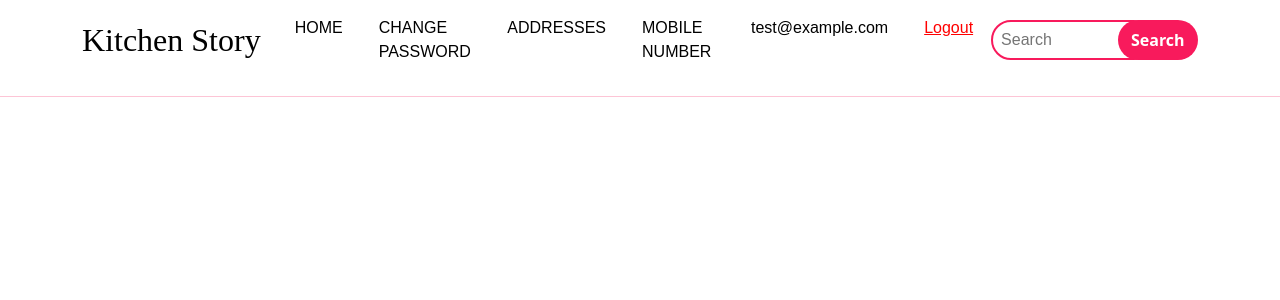
Repository: manishmachha/project-kitchenStory
Page: http://localhost/Phase_4_Kitchen_Story/accountHeader.jsp
An editor plug-in stored every save of this project. The page is shown before and after the next save, followed by the edit.
The browser window is 1280 px wide. The pictures show the whole page.
Some web fonts or font styles are not loaded; a fallback is used. Some web libraries are served in a nearby version. The page is served by Tomcat 10. The session is filled in as if someone had signed in: {"email": "test@example.com"}. Other server files are loaded and not shown.

Above is the page before, as saved 2022-03-11 06:05:41.

### Phase 4 Kitchen Story/src/main/webapp/accountHeader.jsp
<%@ page language="java" contentType="text/html; charset=ISO-8859-1"
    pageEncoding="ISO-8859-1"%>
<!DOCTYPE html>
<html>
<head>
<!-- Required meta tags -->
    <meta charset="utf-8">
    <meta name="viewport" content="width=device-width, initial-scale=1">

    <!-- Font Family -->
    <link rel="preconnect" href="https://fonts.googleapis.com">
    <link rel="preconnect" href="https://fonts.gstatic.com" crossorigin>
    <link href="https://fonts.googleapis.com/css2?family=Lobster&display=swap" rel="stylesheet">

    <!-- Bootstrap CSS -->
    <link href="https://cdn.jsdelivr.net/npm/bootstrap@5.0.2/dist/css/bootstrap.min.css" rel="stylesheet" integrity="sha384-EVSTQN3/azprG1Anm3QDgpJLIm9Nao0Yz1ztcQTwFspd3yD65VohhpuuCOmLASjC" crossorigin="anonymous">
    <link rel="stylesheet" href="css/indexStyle.css">

    <!-- font awesome -->
    <script src="https://kit.fontawesome.com/c26cd2166c.js"></script>
    <title>Kitchen Story | Home</title>
</head>
<%String email=session.getAttribute("email").toString(); %>
<nav class="navbar navbar-expand-lg">
	<div class="container">
		<a class="navbar-brand" href="#">Kitchen Story</a>
		<button class="navbar-toggler" type="button" data-bs-toggle="collapse"
			data-bs-target="#navbarScroll" aria-controls="navbarScroll"
			aria-expanded="false" aria-label="Toggle navigation">
			<span class="navbar-toggler-icon"></span>
		</button>
		<div class="collapse navbar-collapse" id="navbarScroll">
			<ul class="navbar-nav m-auto my-2 my-lg-0">
				<li class="nav-item"><a class="nav-link active" href="home.jsp">Home</a>
				</li>
				<li class="nav-item"><a class="nav-link" href="#trending">Change password</a></li>
				<li class="nav-item"><a class="nav-link" href="#store">Addresses</a></li>
				<li class="nav-item"><a class="nav-link" href="home.jsp#aboutUs">Mobile number</a></li>
				<li class="nav-item"><a class="nav-link"  id="accName" href="Account.jsp"><%=email%></a>
				</li>
				<li class="nav-item"><a class="nav-link" href="logoutAction.jsp" style="color: red; text-transform:capitalize;"><u>Logout</u></a></li>
			</ul>
			<form class="d-flex">
				<input class="px-2 search" type="search" placeholder="Search"
					aria-label="Search">
				<button class="btn0" type="submit">Search</button>
			</form>
		</div>
	</div>
</nav>
<hr style="color: rgb(248, 26, 92)">

### Phase 4 Kitchen Story/src/main/webapp/css/indexStyle.css

* {
	padding: 0;
	margin: 0;
	box-sizing: border-box;
}

.navbar-brand {
	font-size: 2rem;
	color: black;
	font-family: 'Lobster', cursive;
}

.navbar-brand:hover {
	color: black;
}

.nav-link {
	margin-right: 10px;
	margin-left: 10px;
	color: black;
	font-family: 'Rubik', sans-serif;
	text-transform: uppercase;
}

.nav-link:hover {
	color: rgb(248, 26, 92);
}

.search {
	height: 40px;
	width: 80%;
	border-radius: 60px;
	outline: none;
	margin-right: -35px;
	font-family: 'Rubik', sans-serif;
	border: 2px solid rgb(248, 26, 92);
}

.btn0 {
	height: 40px;
	width: 40%;
	outline: none;
	border: none;
	background: rgb(248, 26, 92);
	color: white;
	border-radius: 60px;
	font-weight: 700;
}

.main {
	background: url(images/lunch.jpg) no-repeat;
	background-size: cover;
	height: 100vh;
	background-position: 50% 50%;
	width: 100%;
}

.main h1 {
	font-size: 4rem;
	font-weight: 700;
}

.btn1 {
	height: 45px;
	width: 35%;
	border: none;
	outline: none;
	background-color: rgb(248, 26, 92);
	color: white;
	font-weight: 700;
	border-radius: 60px;
}

.btn1:hover {
	background-color: rgb(255, 41, 41);
	transition: 0.5s;
}

.btn0:hover {
	background-color: rgb(255, 41, 41);
	transition: 0.5s;
}

h1 {
	font-weight: 700;
}

.card:hover {
	box-shadow: -2px 0px 26px -4px rgba(0, 0, 0, 0.75);
	-webkit-box-shadow: -2px 0px 26px -4px rgba(0, 0, 0, 0.75);
	-moz-box-shadow: -2px 0px 26px -4px rgba(0, 0, 0, 0.75);
	transition: 0.5s;
}

img {
	border-radius: 10px;
}

.col:hover {
	box-shadow: -2px 0px 26px -4px rgba(0, 0, 0, 0.75);
	-webkit-box-shadow: -2px 0px 26px -4px rgba(0, 0, 0, 0.75);
	-moz-box-shadow: -2px 0px 26px -4px rgba(0, 0, 0, 0.75);
	transition: 0.5s;
}

.quote {
	border-radius: 40px;
	background: linear-gradient(rgba(0, 0, 0, 0.2), rgba(0, 0, 0, 0.2)),
		url(images/quote-bg.jpg) no-repeat;
	background-size: cover;
	height: 80vh;
	width: 100%;
}

.quote h1 {
	font-family: 'Lobster', cursive;
	color: bisque;
}

.quote h6 {
	color: bisque;
}

.news {
	background-color: black;
	color: white;
}

.news h1 {
	font-family: 'Lobster', cursive;
}

.fab {
	font-size: 2.5rem;
	cursor: pointer;
	padding-right: 10px;
}

.footer {
	position: fixed;
	left: 0;
	bottom: 0;
	width: 100%;
	background-color: black;
	color: white;
	text-align: center;
}
#accName{
	text-transform: lowercase;
}

After the next save:
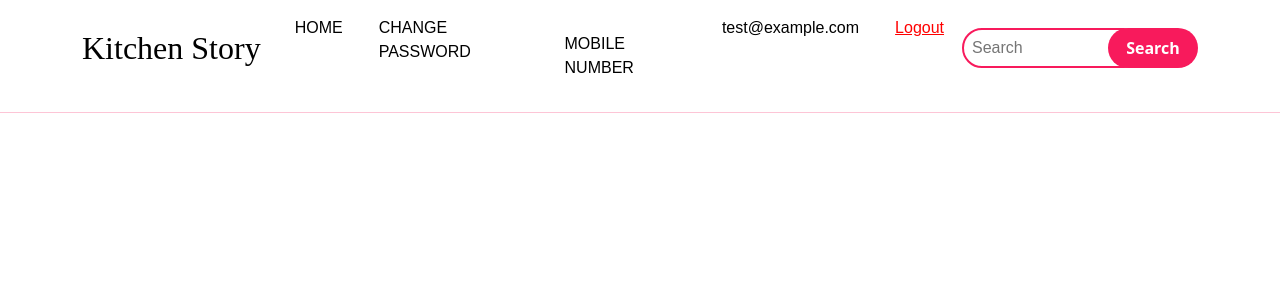
Saved 78 s later.
--- a/Phase 4 Kitchen Story/src/main/webapp/accountHeader.jsp
+++ b/Phase 4 Kitchen Story/src/main/webapp/accountHeader.jsp
@@ -33,9 +33,9 @@
 			<ul class="navbar-nav m-auto my-2 my-lg-0">
 				<li class="nav-item"><a class="nav-link active" href="home.jsp">Home</a>
 				</li>
-				<li class="nav-item"><a class="nav-link" href="#trending">Change password</a></li>
-				<li class="nav-item"><a class="nav-link" href="#store">Addresses</a></li>
-				<li class="nav-item"><a class="nav-link" href="home.jsp#aboutUs">Mobile number</a></li>
+				<li class="nav-item"><a class="nav-link" href="change Password.jsp">Change password</a></li>
+				<li class="nav-item"><a class="nav-link" href="address.jsp>Addresses</a></li>
+				<li class="nav-item"><a class="nav-link" href="mobileNumber.jsp">Mobile number</a></li>
 				<li class="nav-item"><a class="nav-link"  id="accName" href="Account.jsp"><%=email%></a>
 				</li>
 				<li class="nav-item"><a class="nav-link" href="logoutAction.jsp" style="color: red; text-transform:capitalize;"><u>Logout</u></a></li>

After the 4 saves that followed:
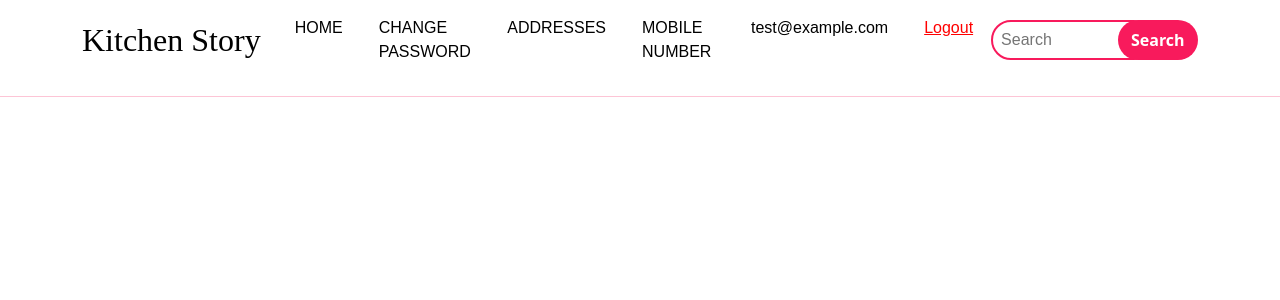
The 4 saves are shown as one change because 2 left the picture as it was and some came seconds apart.
The last was saved 82 s later.
--- a/Phase 4 Kitchen Story/src/main/webapp/accountHeader.jsp
+++ b/Phase 4 Kitchen Story/src/main/webapp/accountHeader.jsp
@@ -33,8 +33,8 @@
 			<ul class="navbar-nav m-auto my-2 my-lg-0">
 				<li class="nav-item"><a class="nav-link active" href="home.jsp">Home</a>
 				</li>
-				<li class="nav-item"><a class="nav-link" href="change Password.jsp">Change password</a></li>
-				<li class="nav-item"><a class="nav-link" href="address.jsp>Addresses</a></li>
+				<li class="nav-item"><a class="nav-link" href="changePassword.jsp">Change password</a></li>
+				<li class="nav-item"><a class="nav-link" href="address.jsp">Addresses</a></li>
 				<li class="nav-item"><a class="nav-link" href="mobileNumber.jsp">Mobile number</a></li>
 				<li class="nav-item"><a class="nav-link"  id="accName" href="Account.jsp"><%=email%></a>
 				</li>
